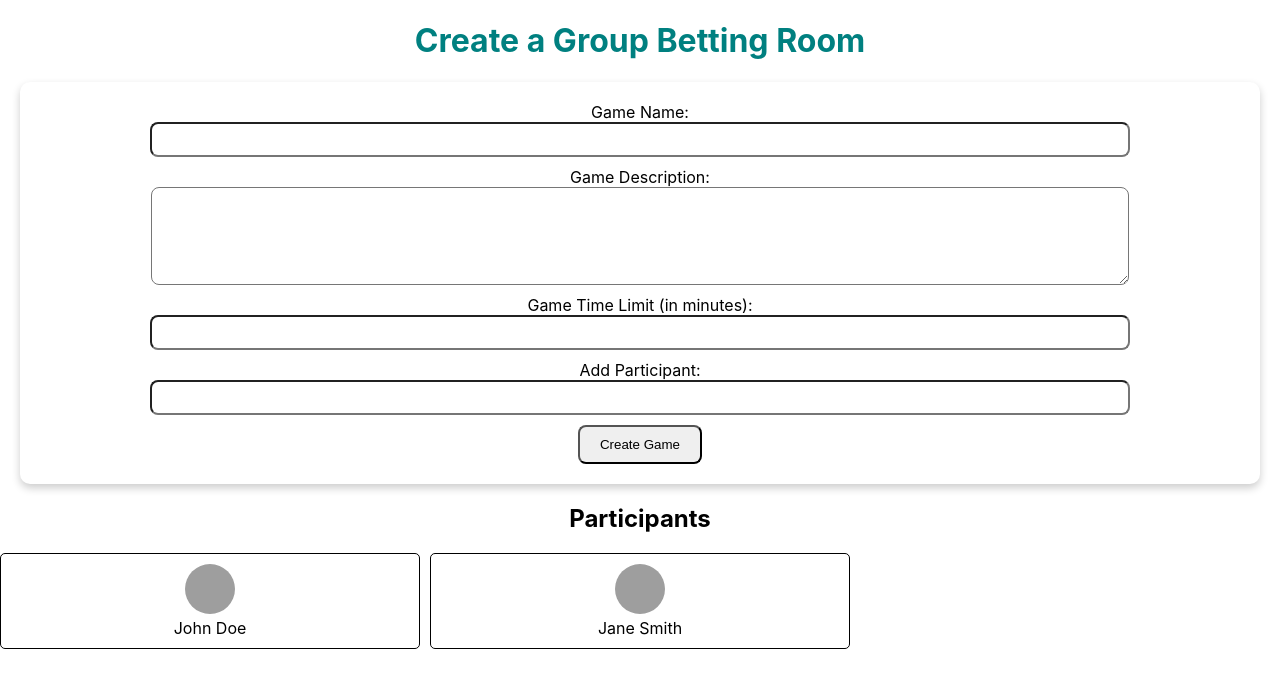
Repository: cis350/team_14_cis_3500_project_repo
Page: /create-room (app in frontend/shakeonit/)
The author's editor kept a copy of each file at every save. The page is drawn from the files as they stood at one save, then again after the next save.
The browser window is 1280 px wide. The pictures show the whole page.
Pictures or frames that could not be fetched are drawn as grey boxes. The project was rebuilt for these pictures with package versions that can differ from the ones it lists, and the page was loaded fresh each time.

Above is the page before, as saved 2024-04-30 14:53:39.

After the next save:
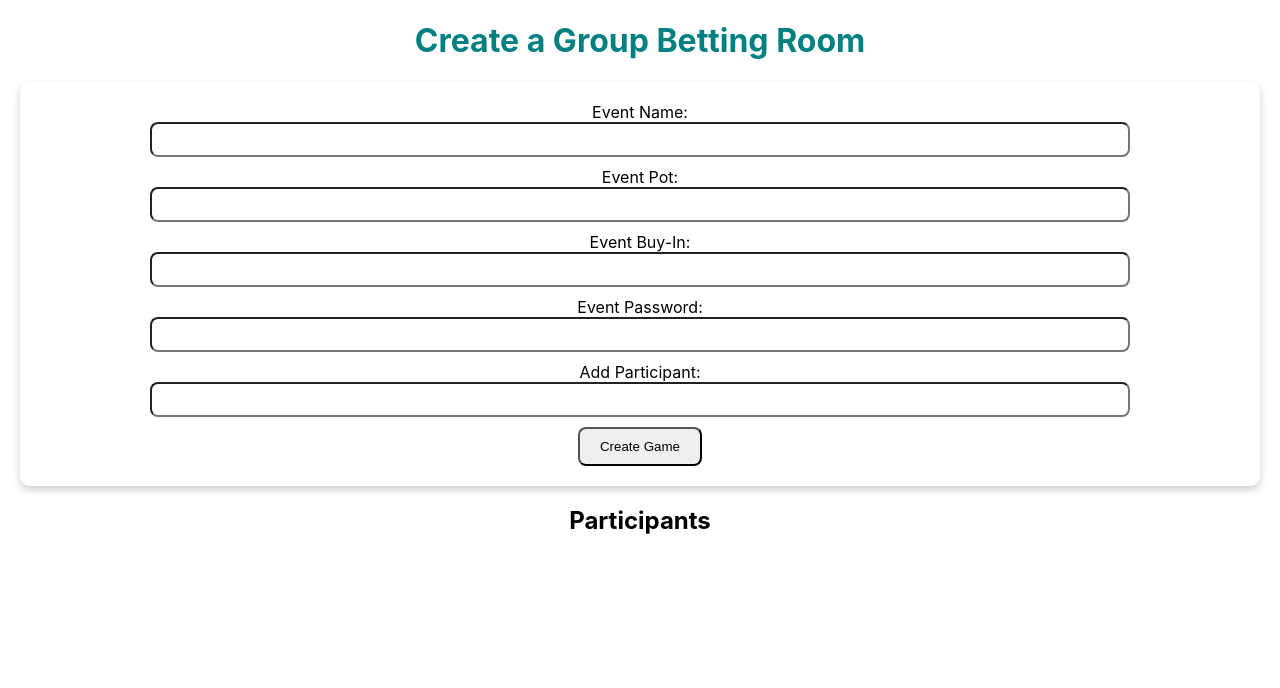
Saved 6 min 59 s later.
--- a/frontend/shakeonit/src/CreateBettingRoom.js
+++ b/frontend/shakeonit/src/CreateBettingRoom.js
@@ -2,38 +2,33 @@ import React, { useState } from 'react';
 import axios from 'axios';
 
 function CreateBettingRoom() {
-    const [gameName, setGameName] = useState('');
-    const [gameDescription, setGameDescription] = useState('');
-    const [participants, setParticipants] = useState([
-        { name: "John Doe", img: "https://placekitten.com/g/200/300" },
-        { name: "Jane Smith", img: "https://placekitten.com/g/200/300" }
-    ]);
-    const [gameTimeLimit, setGameTimeLimit] = useState('');
-    const [eventQueuePos, setEventQueuePos] = useState('');
+    const [eventName, setEventName] = useState('');
+    const [eventQueuePos, setEventQueuePos] = useState(1); // Assuming default queue position
     const [eventPot, setEventPot] = useState('');
     const [eventBuyIn, setEventBuyIn] = useState('');
     const [eventPassword, setEventPassword] = useState('');
+    const [participants, setParticipants] = useState([]);
     const [error, setError] = useState('');
-    const [eventName, setEventName] = useState('');
 
     const handleAddParticipant = (name) => {
-        const img = `https://placekitten.com/g/${Math.floor(200 + Math.random() * 100)}/${Math.floor(300 + Math.random() * 100)}`;
-        setParticipants(prev => [...prev, { name, img }]);
+        if (name) { // Only add if name is not empty
+            setParticipants(prev => [...prev, name]);
+        }
     }
 
     const handleSubmit = async (event) => {
         event.preventDefault();
         setError('');
+        const eventDetails = {
+            eventName,
+            eventQueuePos: parseInt(eventQueuePos, 10),
+            eventParty: participants.map(name => ({ username: name })), // Assuming backend expects this format
+            eventPot: parseFloat(eventPot),
+            eventBuyIn: parseFloat(eventBuyIn),
+            eventPassword
+        };
+
         try {
-            const eventDetails = {
-                eventName,
-                eventQueuePos: parseInt(eventQueuePos, 10),
-                eventParty: participants,
-                eventPot: parseFloat(eventPot),
-                eventBuyIn: parseFloat(eventBuyIn),
-                eventPassword
-            };
-
             const response = await axios.post('http://localhost:5000/event', eventDetails);
             console.log('Game Created:', response.data);
         } catch (error) {
@@ -49,11 +44,11 @@ function CreateBettingRoom() {
                 <form onSubmit={handleSubmit}>
                     <div style={{ marginBottom: '10px' }}>
                         <label>
-                            Game Name:
+                            Event Name:
                             <input
                                 type="text"
-                                value={gameName}
-                                onChange={e => setGameName(e.target.value)}
+                                value={eventName}
+                                onChange={e => setEventName(e.target.value)}
                                 required
                                 style={{ display: 'block', width: '80%', margin: 'auto', padding: '8px', borderRadius: '8px' }}
                             />
@@ -61,22 +56,35 @@ function CreateBettingRoom() {
                     </div>
                     <div style={{ marginBottom: '10px' }}>
                         <label>
-                            Game Description:
-                            <textarea
-                                value={gameDescription}
-                                onChange={e => setGameDescription(e.target.value)}
+                            Event Pot:
+                            <input
+                                type="number"
+                                value={eventPot}
+                                onChange={e => setEventPot(e.target.value)}
                                 required
-                                style={{ display: 'block', width: '80%', margin: 'auto', padding: '8px', borderRadius: '8px', height: '80px' }}
+                                style={{ display: 'block', width: '80%', margin: 'auto', padding: '8px', borderRadius: '8px' }}
                             />
                         </label>
                     </div>
                     <div style={{ marginBottom: '10px' }}>
                         <label>
-                            Game Time Limit (in minutes):
+                            Event Buy-In:
                             <input
                                 type="number"
-                                value={gameTimeLimit}
-                                onChange={e => setGameTimeLimit(e.target.value)}
+                                value={eventBuyIn}
+                                onChange={e => setEventBuyIn(e.target.value)}
+                                required
+                                style={{ display: 'block', width: '80%', margin: 'auto', padding: '8px', borderRadius: '8px' }}
+                            />
+                        </label>
+                    </div>
+                    <div style={{ marginBottom: '10px' }}>
+                        <label>
+                            Event Password:
+                            <input
+                                type="password"
+                                value={eventPassword}
+                                onChange={e => setEventPassword(e.target.value)}
                                 required
                                 style={{ display: 'block', width: '80%', margin: 'auto', padding: '8px', borderRadius: '8px' }}
                             />
@@ -100,17 +108,14 @@ function CreateBettingRoom() {
                     </div>
                     <button type="submit" style={{ padding: '10px 20px', borderRadius: '8px' }}>Create Game</button>
                 </form>
+                {error && <p style={{ color: 'red' }}>{error}</p>}
             </div>
-
             <h2>Participants</h2>
-            <div style={{ display: 'grid', gridTemplateColumns: 'repeat(3, 1fr)', gap: '10px' }}>
+            <ul>
                 {participants.map((participant, index) => (
-                    <div key={index} style={{ padding: '10px', border: '1px solid black', borderRadius: '5px', textAlign: 'center' }}>
-                        <img src={participant.img} alt="Participant" style={{ width: '50px', height: '50px', borderRadius: '50%' }} />
-                        <div>{participant.name}</div>
-                    </div>
+                    <li key={index}>{participant}</li>
                 ))}
-            </div>
+            </ul>
         </div>
     );
 }
